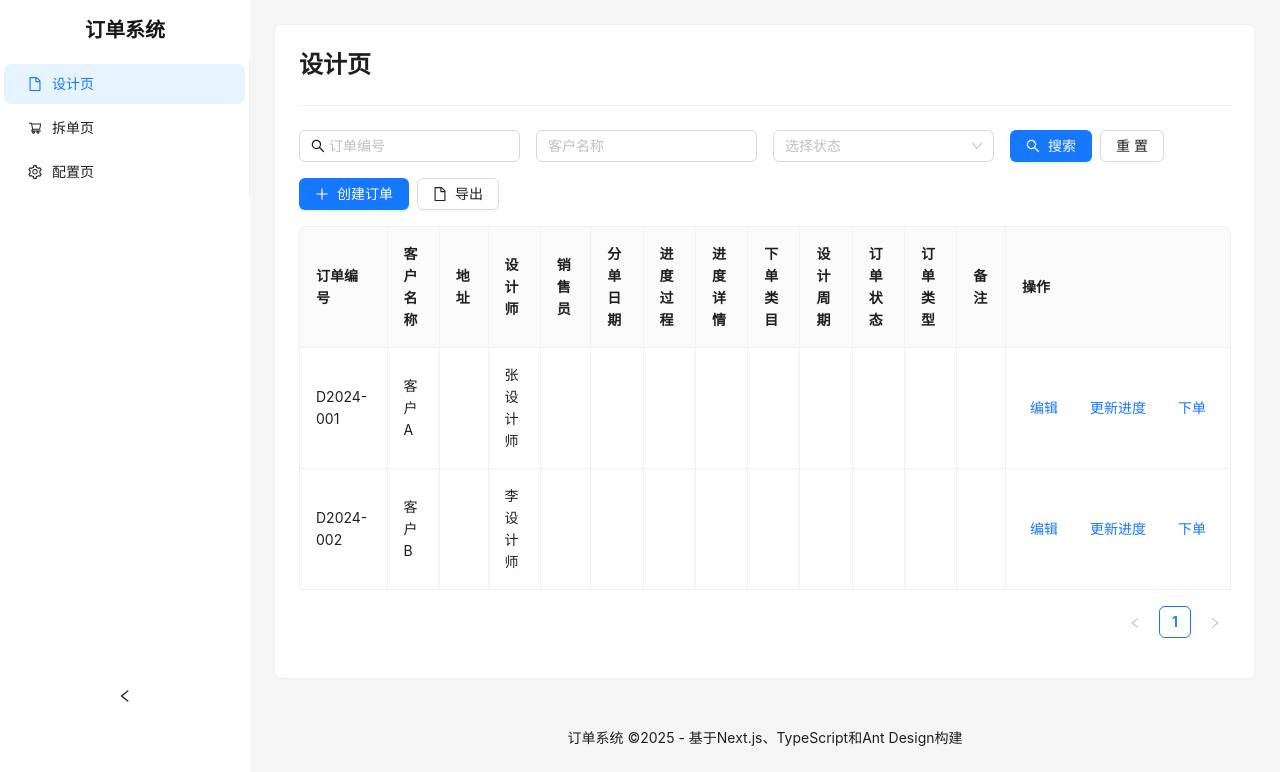
Repository: Garyxiwang/order_system
Page: /design (app in front/)
An editor plug-in stored every save of this project. The page is shown before and after the next save, followed by the edit.
The browser window is 1280 px wide. The pictures show the whole page.
The project was rebuilt for these pictures with package versions that can differ from the ones it lists, and the page was loaded fresh each time. The framework's server and built-in components were replaced by stand-ins that run in the browser. Also part of the build but not shown: front/next.config.js, front/next.config.ts.

Above is the page before, as saved 2025-08-04 14:18:50.

After the next save:
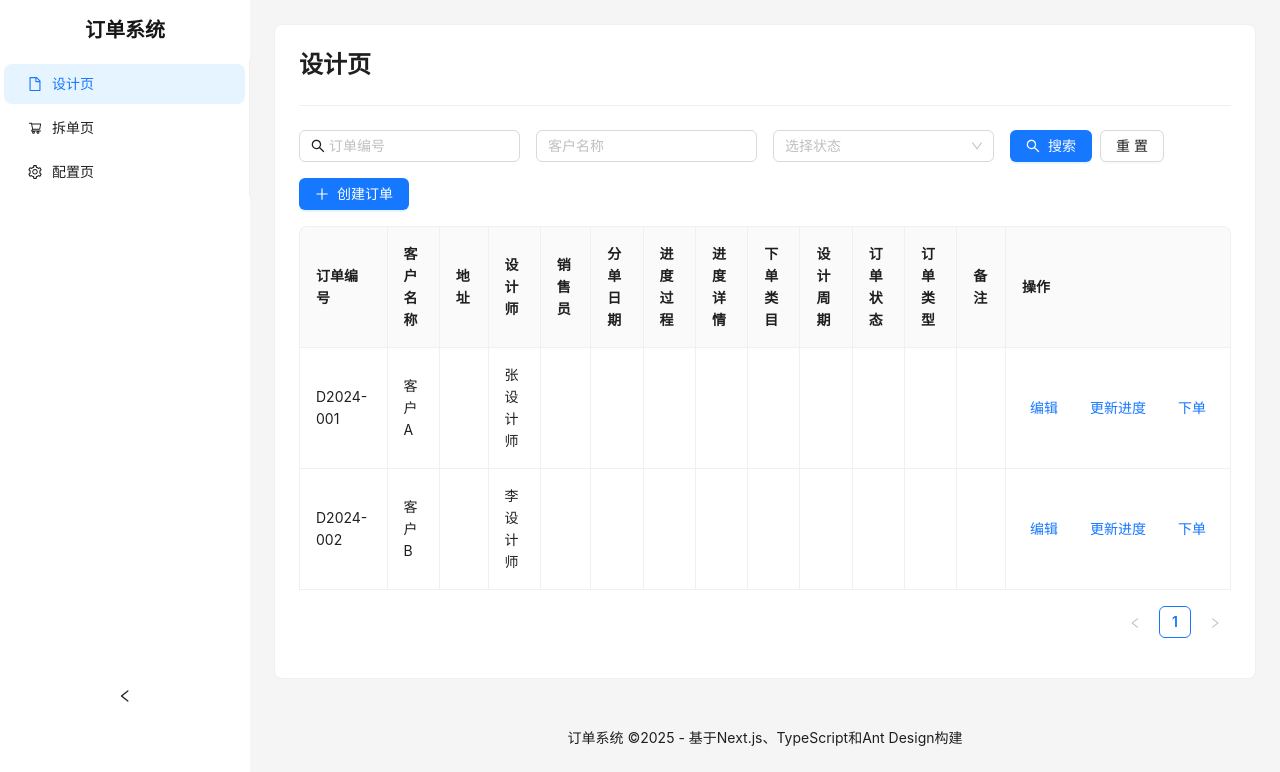
Saved 4 s later.
--- a/front/src/app/design/page.tsx
+++ b/front/src/app/design/page.tsx
@@ -184,9 +184,9 @@ const DesignPage: React.FC = () => {
                 <Button type="primary" icon={<PlusOutlined />}>
                   创建订单
                 </Button>
-                <Button icon={<FileOutlined />} style={{ marginLeft: 8 }}>
+                {/* <Button icon={<FileOutlined />} style={{ marginLeft: 8 }}>
                   导出
-                </Button>
+                </Button> */}
               </div>
 
               {/* 表格区域 */}
